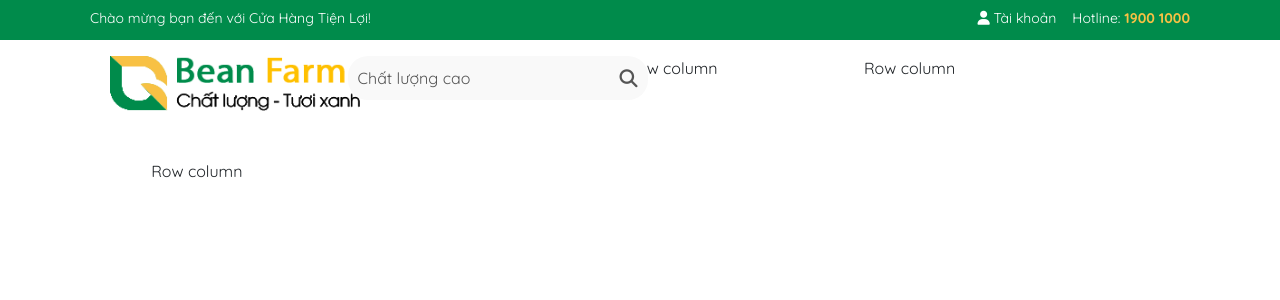
Repository: PAnhDuc/food.demo
Page: index.html
An editor plug-in stored every save of this project. The page is shown before and after the next save, followed by the edit.
The browser window is 1280 px wide. The pictures show the whole page.
Some web libraries are served in a nearby version.

Above is the page before, as saved 2024-11-13 20:30:31.

After the next save:
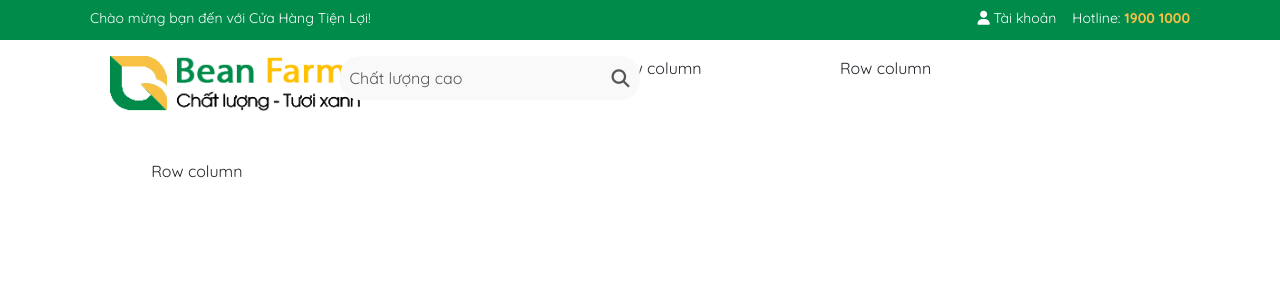
Saved 6 s later.
--- a/index.html
+++ b/index.html
@@ -36,7 +36,7 @@
         <div class="header">
             <div class="menu-top">
                 <div class="container text-center">
-                    <div class="row row-cols-2 row-cols-lg-5 g-2 g-lg-3 column-gap-3">
+                    <div class="row row-cols-2 row-cols-lg-5 g-2 g-lg-3 column-gap-2">
                       <div class="col">
                         <div class="p-3">
                             <img src="./img/logo.webp" width="250" height="55" alt="">
